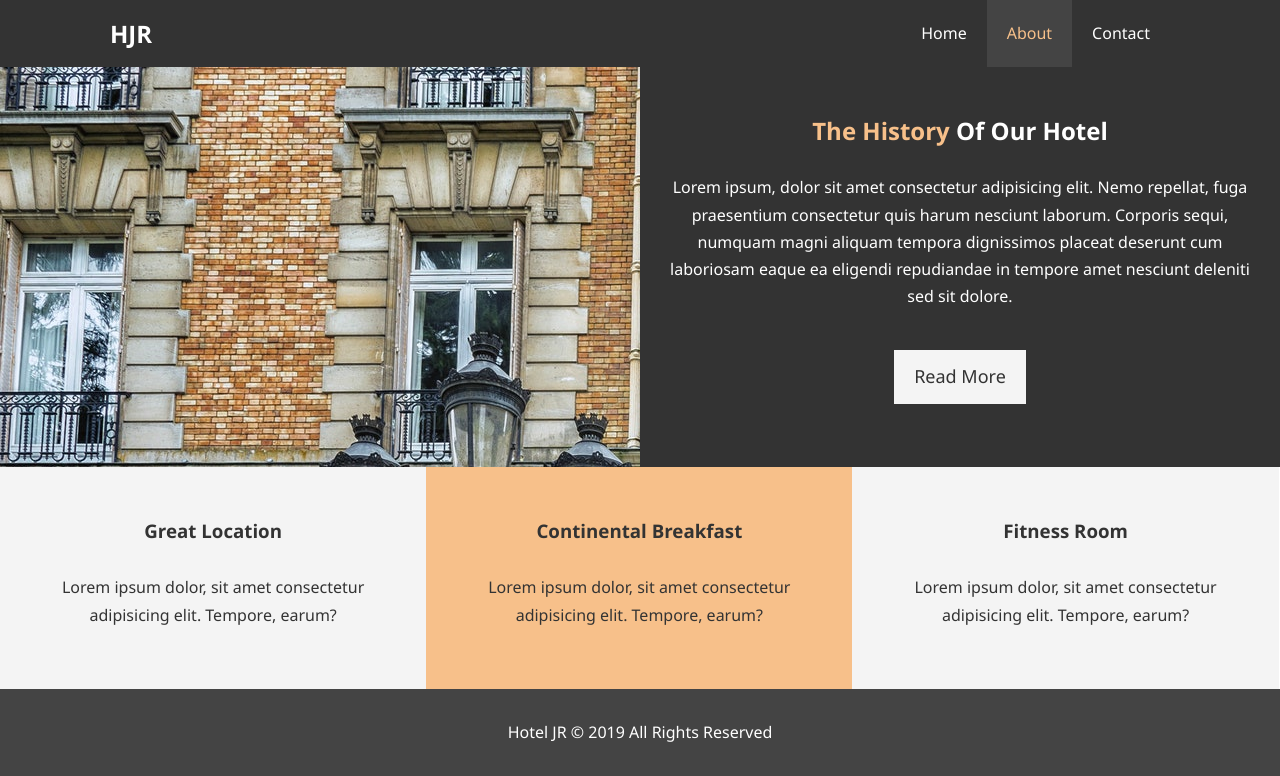
Repository: dimlutine/Hotel-Project
Page: about.html
An editor plug-in stored every save of this project. The page is shown before and after the next save, followed by the edit.
The browser window is 1280 px wide. The pictures show the whole page.

Above is the page before, as saved 2019-07-05 22:41:50.

After the next save:
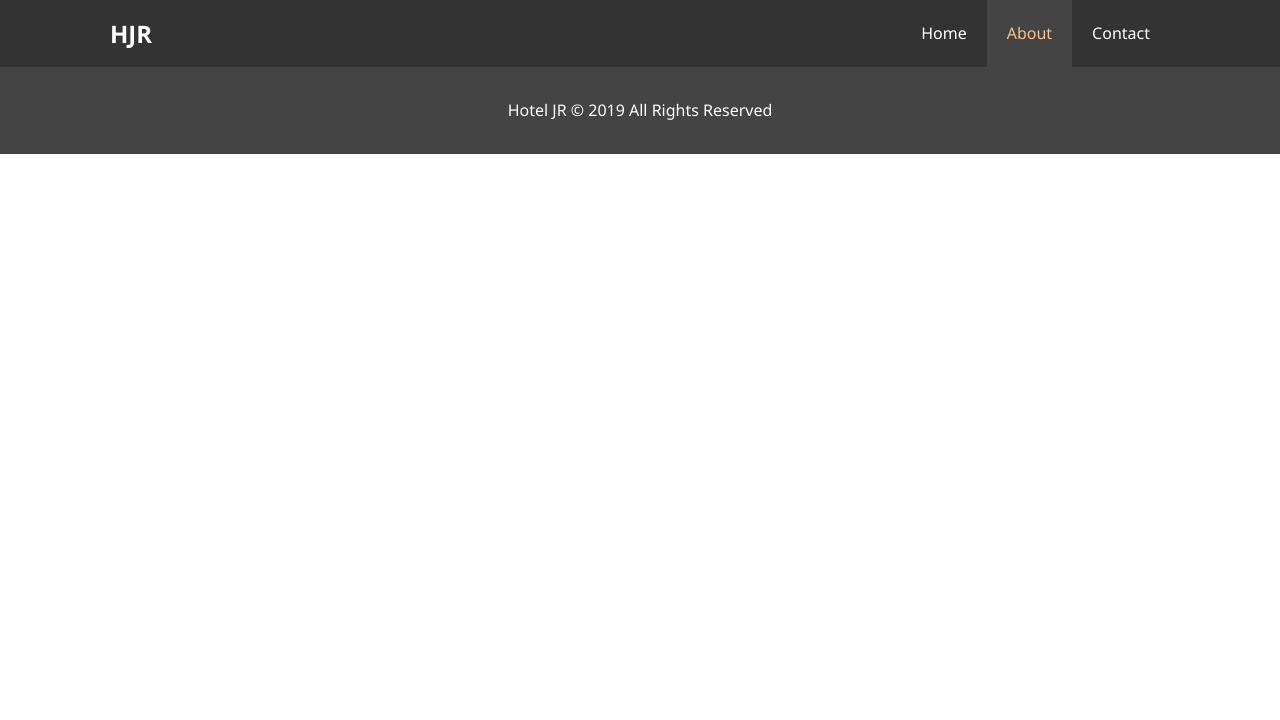
Saved 18 s later.
--- a/about.html
+++ b/about.html
@@ -27,34 +27,7 @@
 
     </header>
 
-    <section id="home-info" class="bg-dark">
-        <div class="info-img"></div>
-        <div class="info-content">
-            <h2><span class="text-primary">The History </span>Of Our Hotel</h2>
-            <p>Lorem ipsum, dolor sit amet consectetur adipisicing elit. Nemo repellat, fuga praesentium consectetur quis harum nesciunt laborum. Corporis sequi, numquam magni aliquam tempora dignissimos placeat deserunt cum laboriosam eaque ea eligendi
-                repudiandae in tempore amet nesciunt deleniti sed sit dolore.</p>
-            <a href="about.html" class="btn btn-light">Read More</a>
-        </div>
-    </section>
 
-    <section id="features">
-        <div class="box bg-light">
-            <i class="fas fa-hotel fa-3x"></i>
-            <h3>Great Location</h3>
-            <p>Lorem ipsum dolor, sit amet consectetur adipisicing elit. Tempore, earum?</p>
-        </div>
-        <div class="box bg-primary">
-            <i class="fas fa-utensils fa-3x"></i>
-            <h3>Continental Breakfast</h3>
-            <p>Lorem ipsum dolor, sit amet consectetur adipisicing elit. Tempore, earum?</p>
-        </div>
-        <div class="box bg-light">
-            <i class="fas fa-dumbbell fa-3x"></i>
-            <h3>Fitness Room</h3>
-            <p>Lorem ipsum dolor, sit amet consectetur adipisicing elit. Tempore, earum?</p>
-        </div>
-    </section>
-    <div class="clr"></div>
     <footer id="main-footer">
         <p>Hotel JR &copy; 2019 All Rights Reserved</p>
     </footer>
